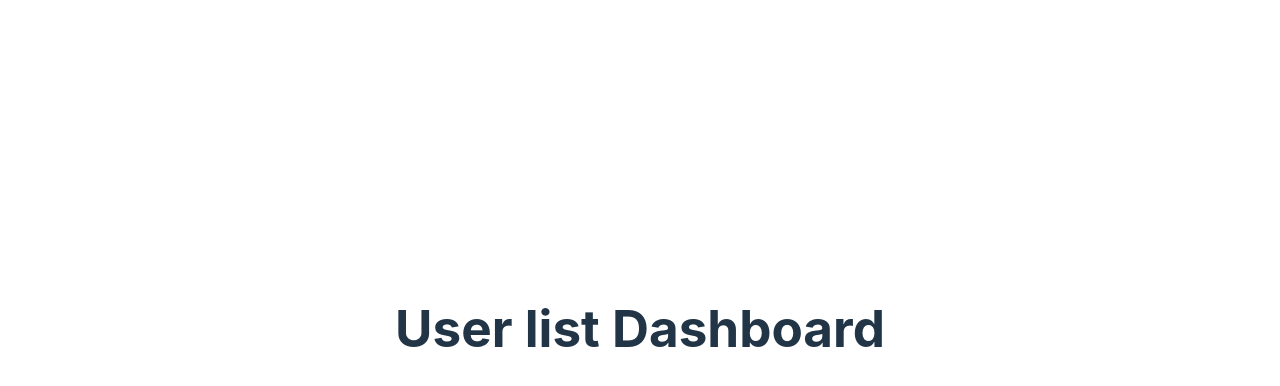
Repository: atzin-escandia/react-typescript-users-dashboard
Page: /
These files come from the project's save history. The page is drawn as it stood at one moment and after the next save; the edit follows.
The browser window is 1280 px wide. The pictures show the whole page.
The project was rebuilt for these pictures with package versions that can differ from the ones it lists, and the page was loaded fresh each time. Also part of the build but not shown: vite.config.ts.

Above is the page before, as saved 2023-10-08 20:39:36.

### src/App.tsx
import "./App.css";

function App() {
  return (
    <>
      <h1>User list Dashboard</h1>
      <section className="card"></section>
    </>
  );
}

export default App;

Loaded but not shown: index.html (common file); src/main.tsx (common file); src/index.css (common file); src/App.css (common file)

After the next save:
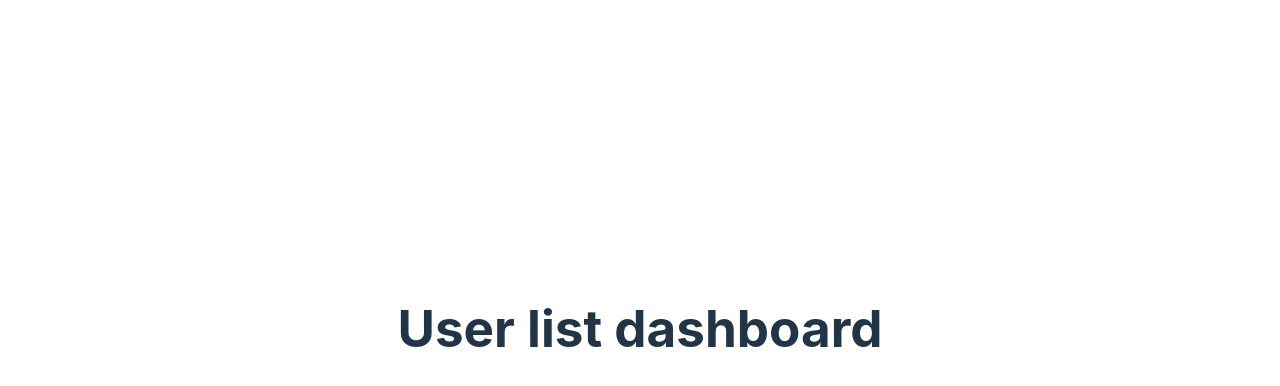
Saved 6 s later.
--- a/src/App.tsx
+++ b/src/App.tsx
@@ -3,7 +3,7 @@
 function App() {
   return (
     <>
-      <h1>User list Dashboard</h1>
+      <h1>User list dashboard</h1>
       <section className="card"></section>
     </>
   );
